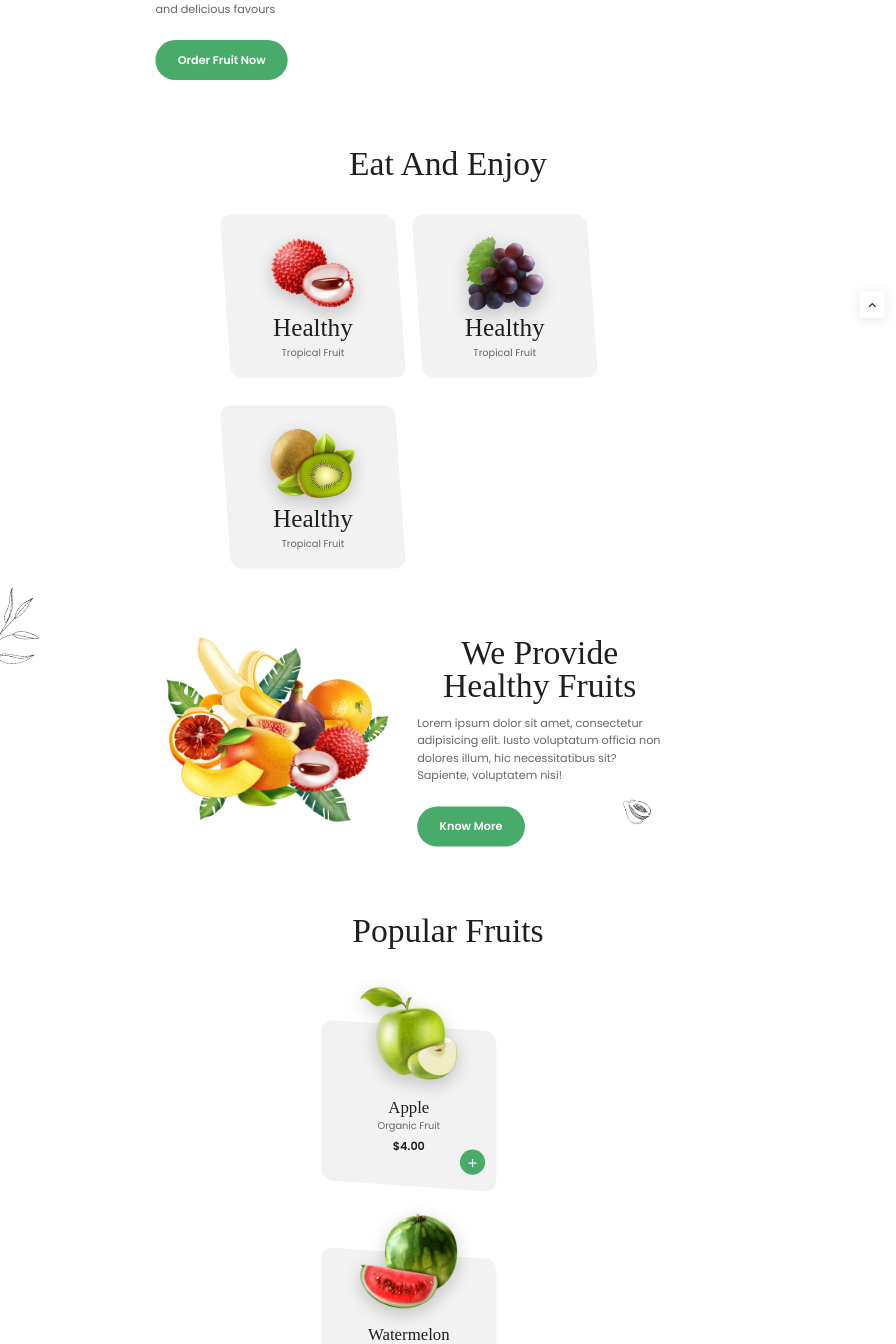
Repository: dinhhaidh/fruit
Page: index.html
The author's editor kept a copy of each file at every save. The page is drawn from the files as they stood at one save, then again after the next save.
The browser window is 1280 px wide. The pictures show the part of the page from y = 625 to 2545 px (the page is 5044 px tall), at 70% of full size.
Some web fonts or font styles are not loaded; a fallback is used.

Above is the page before, as saved 2024-02-19 16:33:00.
Console error: ReferenceError: ScrollReveal is not defined

After the next save:
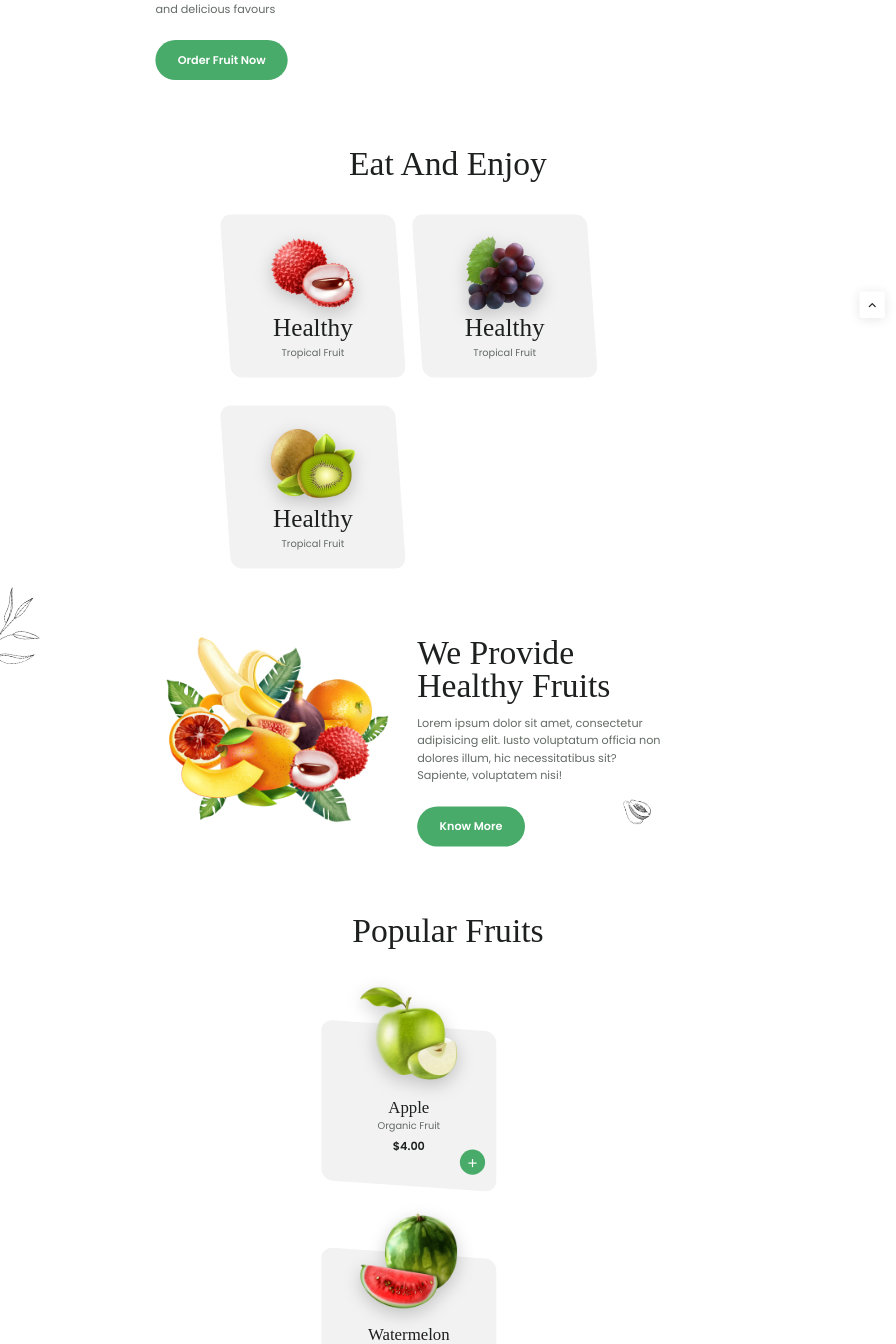
Saved 11 s later.
--- a/css/style.css
+++ b/css/style.css
@@ -710,7 +710,7 @@ img {
     }
     .home__data,
     .about__data,
-    .a
+    .about__data
     .section__title{
         text-align: inherit;
     }
